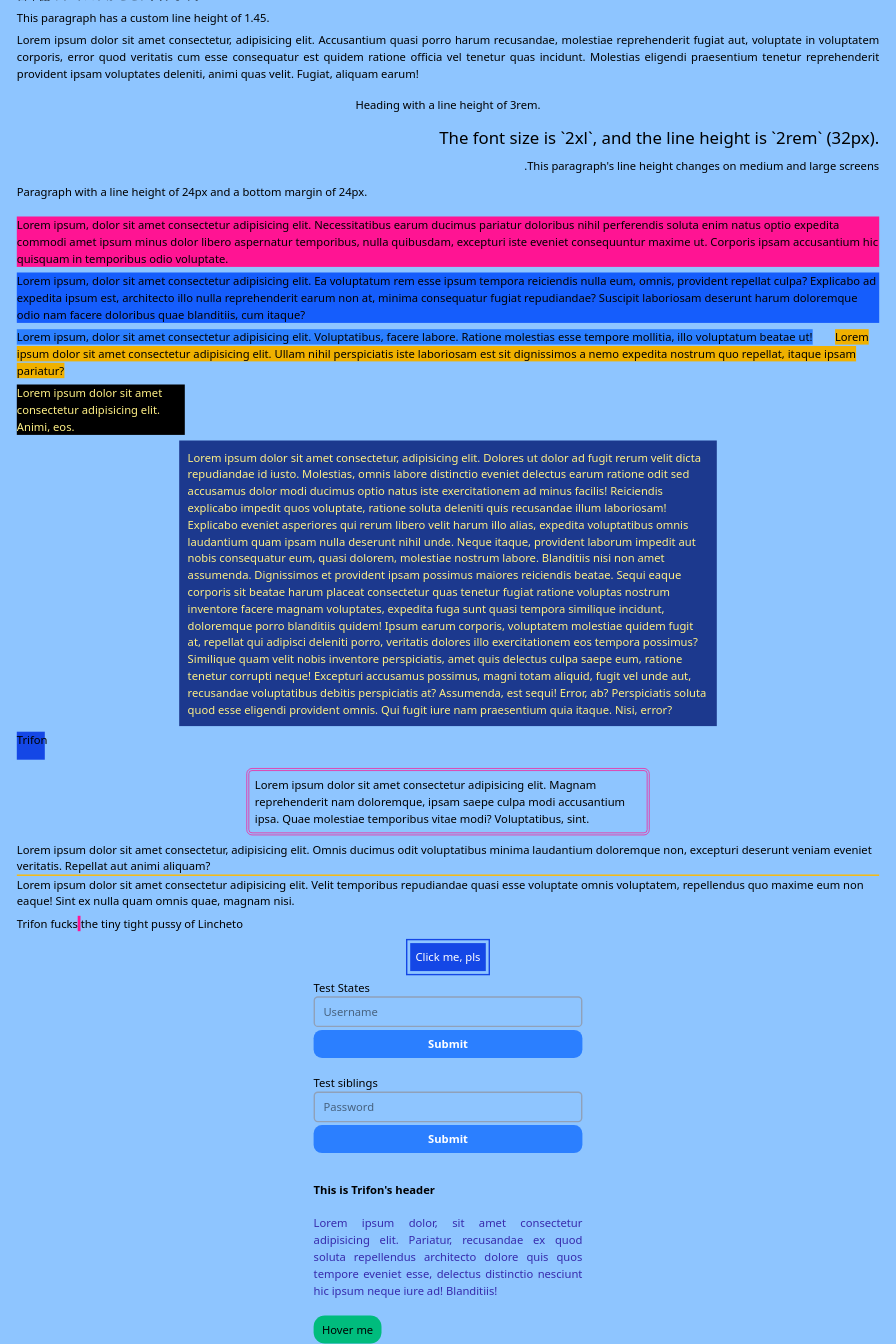
Repository: DinTri/TailwindCss
Page: index.html
An editor plug-in stored every save of this project. The page is shown before and after the next save, followed by the edit.
The browser window is 1280 px wide. The pictures show the part of the page from y = 1145 to 3065 px (the page is 3065 px tall), at 70% of full size.
Some web fonts or font styles are not loaded; a fallback is used.

Above is the page before, as saved 2025-06-13 23:11:10.

After the next save:
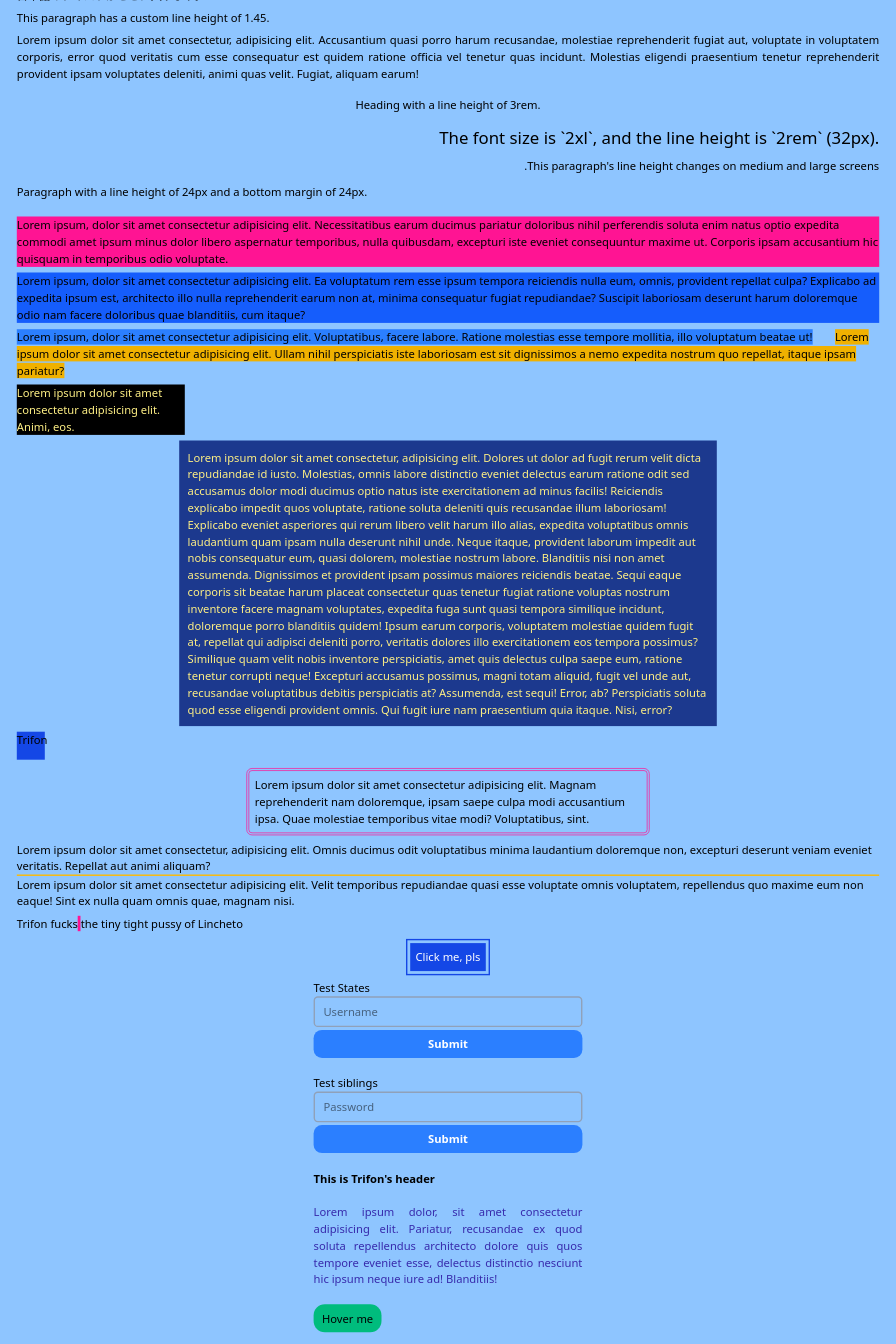
Saved 43 h 2 min later.
--- a/index.html
+++ b/index.html
@@ -119,18 +119,19 @@
   <p class="text-red-500 hidden peer-focus/username:block">Minimum 6 chars</p>
   <button type="submit" class="w-full bg-blue-500 text-white px-3 py-2 cursor-pointer rounded-xl font-semibold hover:bg-sky-700 hover:font-bold active:bg-red-500">Submit</button>
   </div>
-  <div></div>
+  <div>
   <label for="my">Test siblings</label>
   <input minlength="8" type="password" id="my" placeholder="Password" class="peer/password w-full border-slate-400 border-2 rounded-md px-3 py-2 mb-1 focus:outline-sky-600" />
   <p class="text-red-500 hidden peer-invalid/password:block">Minimum 8 chars</p>
   <button type="submit" class="w-full bg-blue-500 text-white px-3 py-2 cursor-pointer rounded-xl font-semibold hover:bg-sky-700 hover:font-bold active:bg-red-500">Submit</button>
   </div>
 </form>
+
 <div class="group/parent1 space-y-6 max-w-sm mx-auto mt-6 hover:bg-[#ff1453]">
   <h3 class="font-semibold group-hover/parent1:text-white">This is Trifon's header</h3>
   <p class="text-indigo-800 text-justify group-hover/parent1:text-white">Lorem ipsum dolor, sit amet consectetur adipisicing elit. Pariatur, recusandae ex quod soluta repellendus architecto dolore quis quos tempore eveniet esse, delectus distinctio nesciunt hic ipsum neque iure ad! Blanditiis!</p>
-  <button disabled class="group/parent2 group-hover:text-white bg-emerald-800 rounded-2xl disabled:bg-emerald-500 disabled:cursor-not-allowed px-3 py-2">Hover me <span class="hidden group-hover/parent2:inline text-white">You will see some magic, just hover me. Yeah... but you are disabled, shame on you</span></button>
+  <button disabled class="group/parent2 group-hover:text-white bg-emerald-800 rounded-2xl disabled:bg-emerald-500 disabled:cursor-not-allowed px-3 py-2">Hover me <span class="hidden group-hover/parent2:inline text-white">You will see some magic, just hover me. Yeah... but you are disabled, shame on you</span></button></div>
 </div>
-  </div>
+
   </body>
 </html>
